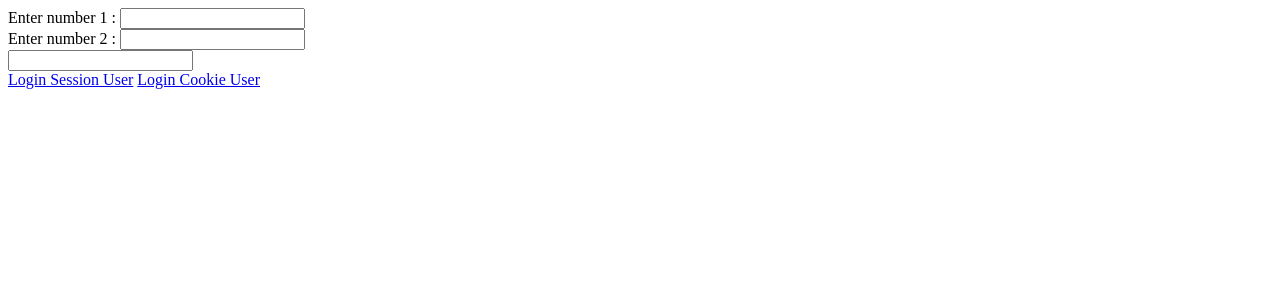
Repository: md-aman-git/Java-Repo-Epam
Page: JspServlet/DemoAppJSP/src/main/webapp/index.html
These files come from the project's save history. The page is drawn as it stood at one moment and after the next save; the edit follows.
The browser window is 1280 px wide. The pictures show the whole page.

Above is the page before, as saved 2022-03-06 16:18:25.

After the next save:
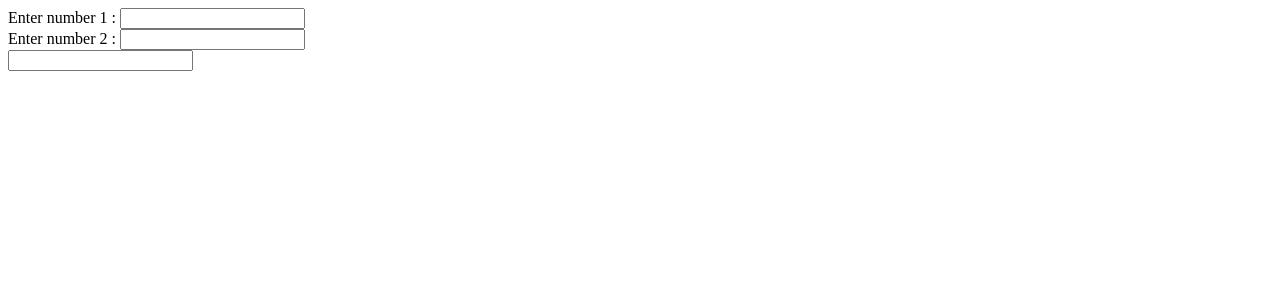
Saved 8 s later.
--- a/JspServlet/DemoAppJSP/src/main/webapp/index.html
+++ b/JspServlet/DemoAppJSP/src/main/webapp/index.html
@@ -10,7 +10,5 @@
 	Enter number 2 : <input type="number" name="num2"><br>
 	<input type="Subtract">
 	</form>
-	<a href="login.html">Login Session User</a>
-	<a href="logCookie.html">Login Cookie User</a>
 </body>
 </html>
